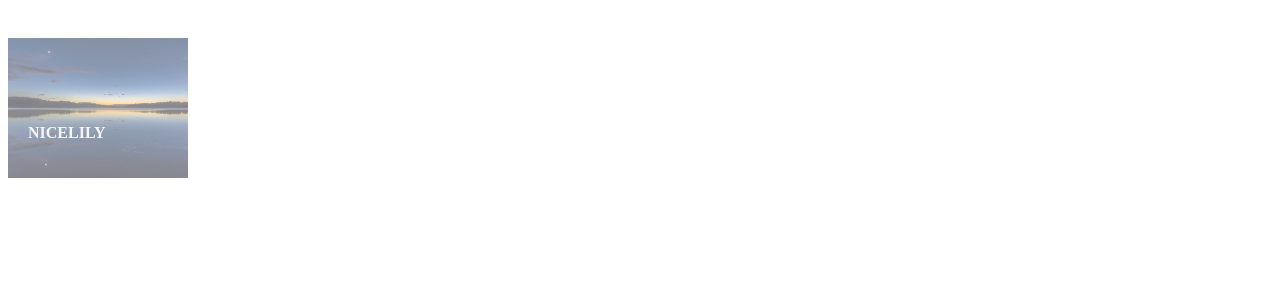
Repository: northpx/animation
Page: index.html
An editor plug-in stored every save of this project. The page is shown before and after a run of saves, followed by the edit.
The browser window is 1280 px wide. The pictures show the whole page.

Above is the page before, as saved 2022-12-19 20:46:25.

After the next 4 saves:
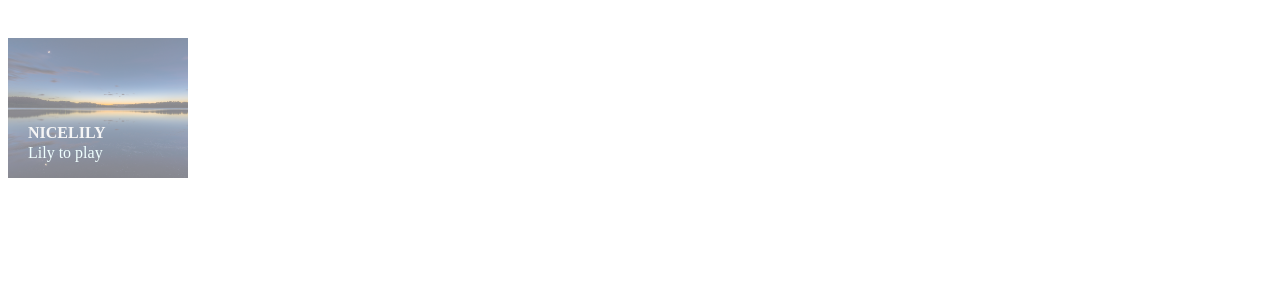
The 4 saves are shown as one change because they came seconds apart.
The last was saved 33 s later.
--- a/style.css
+++ b/style.css
@@ -132,4 +132,6 @@
 .content1 p{
     position: absolute;
     color: azure;
+    top: 120px;
+    left: 20px;
 }

After the save that followed:
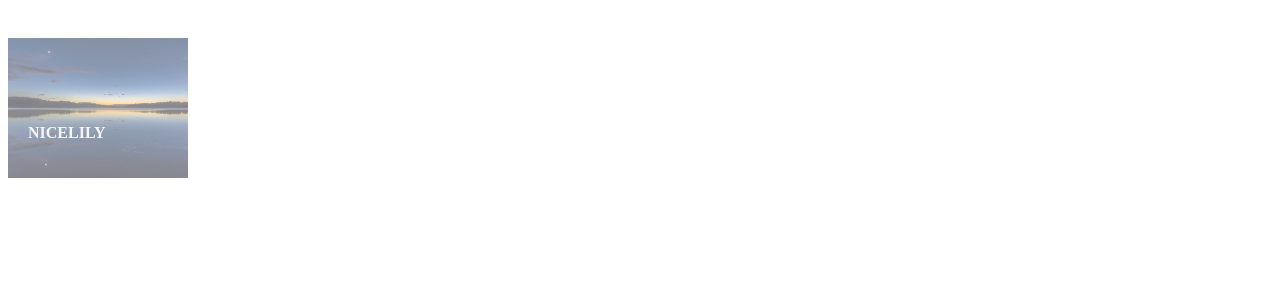
Saved 10 s later.
--- a/style.css
+++ b/style.css
@@ -134,4 +134,5 @@
     color: azure;
     top: 120px;
     left: 20px;
+    opacity: 0;
 }
